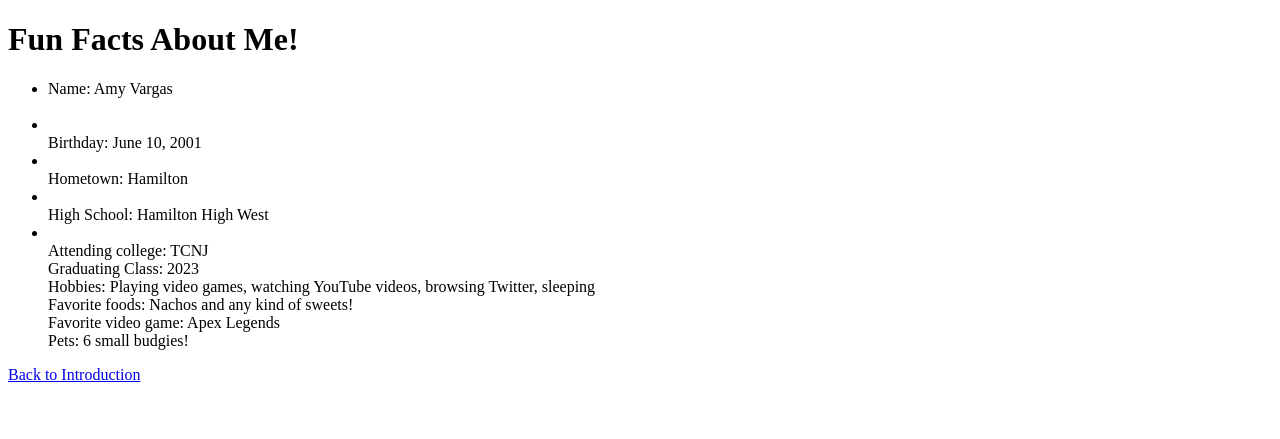
Repository: A-Vargas-GP/imm_my_website
Page: personal_site/personal/personal_facts.html
The author's editor kept a record of every edit. The page is drawn from the files as they stood at one moment, then again after the next edit.
The browser window is 1280 px wide. The pictures show the whole page.

Above is the page before.

After the next edit:
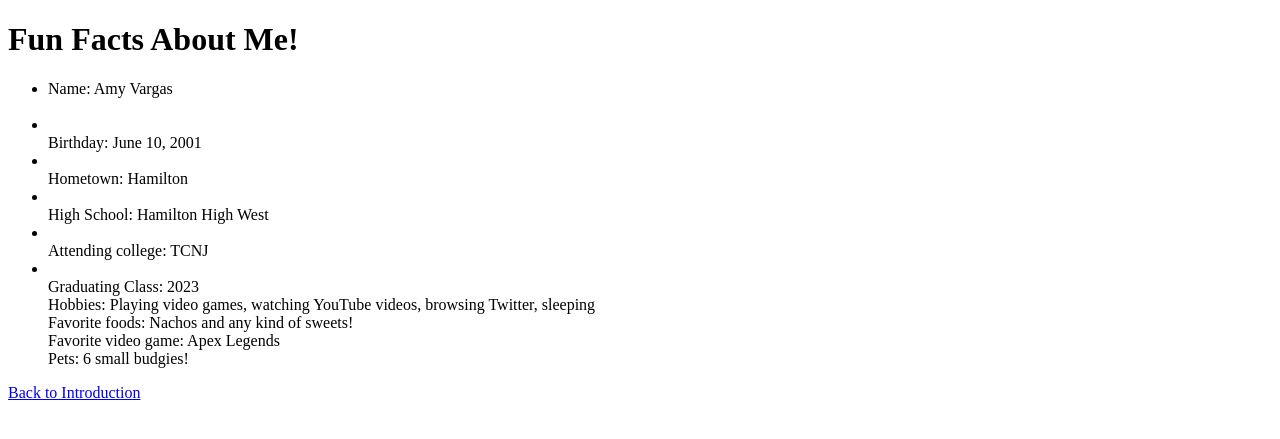
The edit:
--- a/personal_site/personal/personal_facts.html
+++ b/personal_site/personal/personal_facts.html
@@ -18,7 +18,7 @@
                 </br>
                 <li></li>Attending college: TCNJ
                 </br>
-                Graduating Class: 2023
+                <li></li>Graduating Class: 2023
                 </br>
                 Hobbies: Playing video games, watching YouTube videos, browsing Twitter, sleeping
                 </br>
